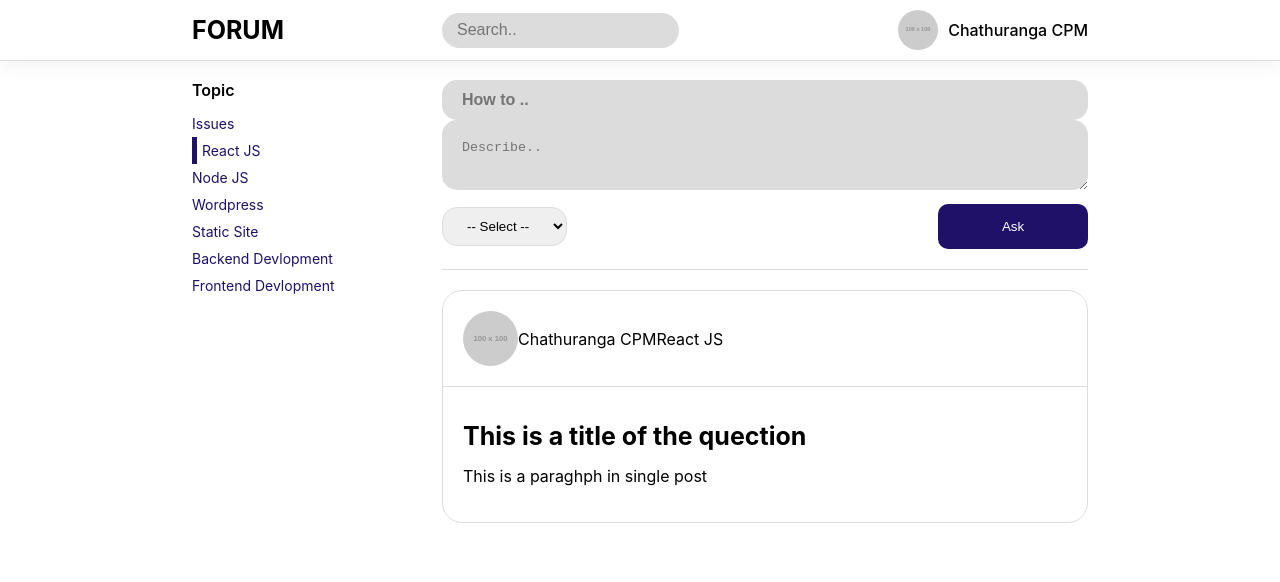
Repository: ChathurangaCPM/developer-forum
Page: / (app in client/)
An editor plug-in stored every save of this project. The page is shown before and after the next save, followed by the edit.
The browser window is 1280 px wide. The pictures show the whole page.
The project was rebuilt for these pictures with package versions that can differ from the ones it lists, and the page was loaded fresh each time.

Above is the page before, as saved 2022-05-09 22:08:57.

### client/public/index.html
<!DOCTYPE html>
<html lang="en">
  <head>
    <meta charset="utf-8" />
    <link rel="icon" href="%PUBLIC_URL%/favicon.ico" />
    <meta name="viewport" content="width=device-width, initial-scale=1" />
    <meta name="theme-color" content="#000000" />
    <meta
      name="description"
      content="Web site created using create-react-app"
    />
    <link rel="apple-touch-icon" href="%PUBLIC_URL%/logo192.png" />
    <link rel="manifest" href="%PUBLIC_URL%/manifest.json" />

    <title>React App</title>
  </head>
  <body>
    <noscript>You need to enable JavaScript to run this app.</noscript>
    <div id="root"></div>

  </body>
</html>

### client/src/App.js
import MainHeader from "./components/MainHeader/MainHeader";
import SideBar from "./components/SideBar/SideBar";
import './App.min.css';
import AddQuestion from "./components/AddQuestion/AddQuestion";
import SingleQuestion from "./components/SingleQuestion/SingleQuestion";

function App() {
	return (
		<div className="main_wrapper">
			<MainHeader/>
			<div className="wrap_inner_data">
				<div className="side_bar">
					<SideBar/>
				</div>
				<div className="main_content_area">
					<AddQuestion/>

					{/* Load dynamically */}
					<SingleQuestion/>
				</div>
			</div>
		</div>
	);
}

export default App;

### client/src/components/MainHeader/MainHeader.js
import React from 'react';
import { Link } from 'react-router-dom';
import '../../scss/componets/MainHeader/MainHeader.min.css';

function MainHeader() {
	return (
		<div className="main_header">
			<div className="wrap_middle">

				<div className="main_logo">
					<span>FORUM</span>
				</div>


				<div className="search_form">
					<form method="">
						<input type="search" placeholder="Search.."/>
					</form>
				</div>

				<div className="user_pro">
					<img src="//dummyimage.com/100x100/000/fff"/>
					<span>Chathuranga CPM</span>
				</div>
			</div>
		</div>
	);
}

export default MainHeader;

### client/src/components/SideBar/SideBar.js
import '../../scss/componets/SideBar/SideBar.min.css';

function SideBar() {
	return (
		<div className="main_sidebar_wrapper">
			<div className="menu_area">
				<span className="title">Topic</span>
                <ul>
                    <li>Issues</li>
                    <li className="active">React JS</li>
                    <li>Node JS</li>
                    <li>Wordpress</li>
                    <li>Static Site</li>
                    <li>Backend Devlopment</li>
                    <li>Frontend Devlopment</li>
                </ul>
            </div>
		</div>
	);
}

export default SideBar;

### client/src/App.min.css
:root{--primary-color: rgb(30, 17, 103);--secondary-color: #ddd;--border-color: #dcdcdc}.main_wrapper{padding-top:80px}.main_wrapper .wrap_inner_data{display:-webkit-box;display:-ms-flexbox;display:flex;-ms-flex-wrap:wrap;flex-wrap:wrap;max-width:70%;margin:0 auto}.main_wrapper .wrap_inner_data .side_bar{width:250px}.main_wrapper .wrap_inner_data .main_content_area{width:calc(100% - 250px)}img{width:100%}

### client/src/components/AddQuestion/AddQuestion.js
import '../../scss/componets/AddQuestion/AddQuestion.min.css';

function AddQuestion() {
	return (
		<div className="addquestion_wrapper">
			<form >
                <input type="text" placeholder="How to .."/>
                <textarea placeholder="Describe.."></textarea>
                <div className="selrct_cat">
                    <select>
                        <option>-- Select --</option>
                        <option value="reactjs">React Js</option>
                        <option value="reactjs">Node Js</option>
                    </select>
                    <button type="submit">Ask</button>
                </div>
            </form>
		</div>
	);
}

export default AddQuestion;

### client/src/components/SingleQuestion/SingleQuestion.js
import '../../scss/componets/SingleQuestion/SingleQuestion.min.css';

function SingleQuestion() {
	return (
		<div className="single_question_wrapper">
			<div className="header_wrap">
                <div className="profile">
                    <div className="pro_img">
                        <img src="http://dummyimage.com/100x100/000/fff"/>
                    </div>
                    <span>Chathuranga CPM</span>
                    <div className="tag">React JS</div>
                </div>

            </div>

            <div className="cont_area">
                <h1>This is a title of the quection</h1>
                <p>
                    This is a paraghph in single post
                </p>
            </div>
		</div>
	);
}

export default SingleQuestion;

### client/src/scss/componets/MainHeader/MainHeader.min.css
.main_header{padding:10px 0;border-bottom:1px solid var(--border-color);-webkit-box-shadow:0px 4px 20px 0px rgba(0,0,0,0.06);box-shadow:0px 4px 20px 0px rgba(0,0,0,0.06);position:fixed;top:0;width:100%;z-index:10px;background:#fff}.main_header .wrap_middle{max-width:70%;margin:0 auto;display:-webkit-box;display:-ms-flexbox;display:flex;-webkit-box-align:center;-ms-flex-align:center;align-items:center}.main_header .wrap_middle .main_logo{width:250px}.main_header .wrap_middle .main_logo span{font-size:25px;font-weight:bold;text-transform:uppercase}.main_header .wrap_middle .search_form{width:calc(100% - 500px)}.main_header .wrap_middle .search_form input{border:none;font-size:16px;line-height:16px;height:35px;border-radius:20px;outline:none;background:var(--border-color);padding:0 15px}.main_header .wrap_middle .user_pro{width:250px;display:-webkit-box;display:-ms-flexbox;display:flex;-webkit-box-align:center;-ms-flex-align:center;align-items:center;-webkit-box-pack:end;-ms-flex-pack:end;justify-content:flex-end}.main_header .wrap_middle .user_pro img{width:40px;height:40px;border-radius:100%;overflow:hidden}.main_header .wrap_middle .user_pro span{padding-left:10px;font-weight:500}

### client/src/scss/componets/SideBar/SideBar.min.css
.main_sidebar_wrapper .menu_area span.title{font-weight:600;display:block;margin-bottom:10px}.main_sidebar_wrapper .menu_area ul{padding:0;list-style:none;margin:0}.main_sidebar_wrapper .menu_area ul li{color:var(--primary-color);padding:5px 0;font-size:14px;-webkit-transition:all 0.3s ease-in-out;transition:all 0.3s ease-in-out;border-left-width:0}.main_sidebar_wrapper .menu_area ul li:hover,.main_sidebar_wrapper .menu_area ul li.active{border-left:5px solid var(--primary-color);padding-left:5px;-webkit-transition:all 0.3s ease-in-out;transition:all 0.3s ease-in-out;cursor:pointer}

### client/src/scss/componets/AddQuestion/AddQuestion.min.css
.addquestion_wrapper{margin-bottom:20px;padding-bottom:20px;border-bottom:1px solid var(--border-color)}.addquestion_wrapper form{width:100%}.addquestion_wrapper form .error_msg{font-size:12px;color:#ff0000}.addquestion_wrapper form .wrap_input{margin-bottom:20px}.addquestion_wrapper form input{height:40px;font-size:16px;font-weight:bold;padding:0 20px;border:none;background:var(--border-color);border-radius:15px;width:calc(100% - 40px)}.addquestion_wrapper form textarea{width:calc(100% - 40px);border:none;background:var(--border-color);padding:20px;outline:none;border-radius:15px;max-width:calc(100% - 40px);min-width:calc(100% - 40px)}.addquestion_wrapper form .selrct_cat{display:-webkit-box;display:-ms-flexbox;display:flex;-webkit-box-align:center;-ms-flex-align:center;align-items:center;-webkit-box-pack:justify;-ms-flex-pack:justify;justify-content:space-between;padding-top:10px}.addquestion_wrapper form .selrct_cat select{border:1px solid var(--border-color);padding:10px 20px;border-radius:15px}.addquestion_wrapper form .selrct_cat button{width:150px;background:var(--primary-color);border:none;padding:15px;color:#fff;border-radius:10px}

### client/src/scss/componets/SingleQuestion/SingleQuestion.min.css
.single_question_wrapper{border:1px solid var(--secondary-color);border-radius:20px;margin-bottom:20px}.single_question_wrapper .header_wrap .profile{display:-webkit-box;display:-ms-flexbox;display:flex;-webkit-box-align:center;-ms-flex-align:center;align-items:center;padding:20px;border-bottom:1px solid var(--border-color)}.single_question_wrapper .header_wrap .profile .pro_img{width:55px;height:55px;overflow:hidden;border-radius:100%}.single_question_wrapper .header_wrap .profile .wrap_right_data{padding-left:10px}.single_question_wrapper .header_wrap .profile .wrap_right_data span{display:block}.single_question_wrapper .header_wrap .profile .wrap_right_data .tag{display:inline-block;padding:3px 10px;border-radius:5px;background:rgba(0,127,34,0.169);color:#007f22;font-size:12px}.single_question_wrapper .cont_area{padding:20px}.single_question_wrapper .cont_area h1{font-size:25px;line-height:25px}

Loaded but not shown: client/src/index.js (common file); client/src/index.css (common file); client/src/reportWebVitals.js (common file)

After the next save:
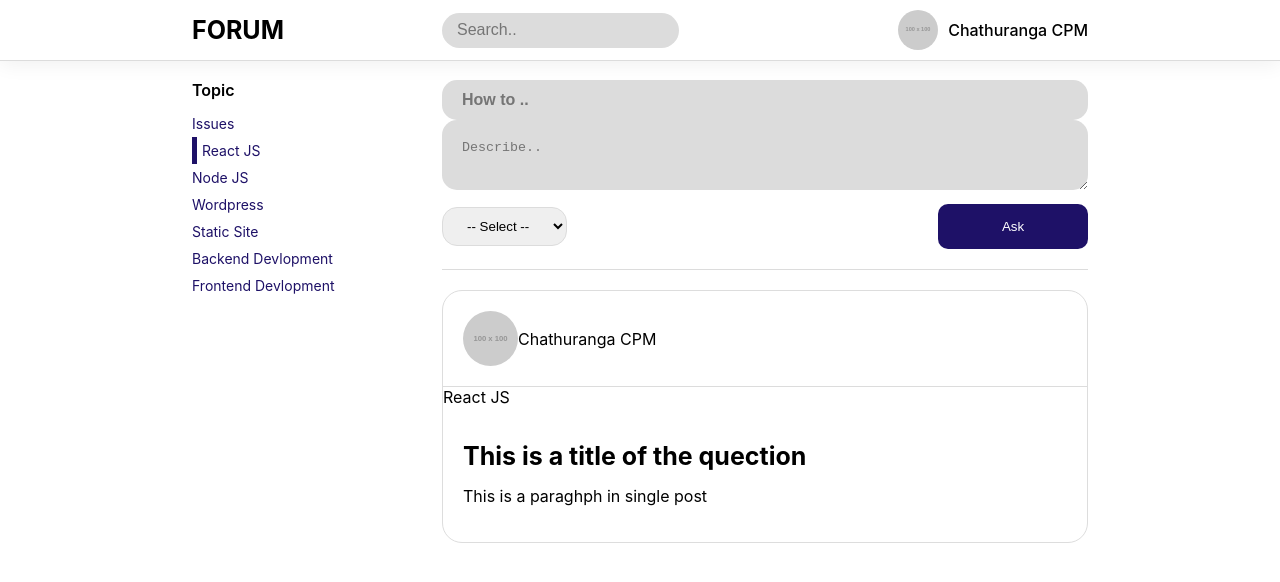
Saved 24 s later.
--- a/client/src/components/SingleQuestion/SingleQuestion.js
+++ b/client/src/components/SingleQuestion/SingleQuestion.js
@@ -9,8 +9,8 @@ function SingleQuestion() {
                         <img src="http://dummyimage.com/100x100/000/fff"/>
                     </div>
                     <span>Chathuranga CPM</span>
-                    <div className="tag">React JS</div>
                 </div>
+                <div className="tag">React JS</div>
 
             </div>
 
